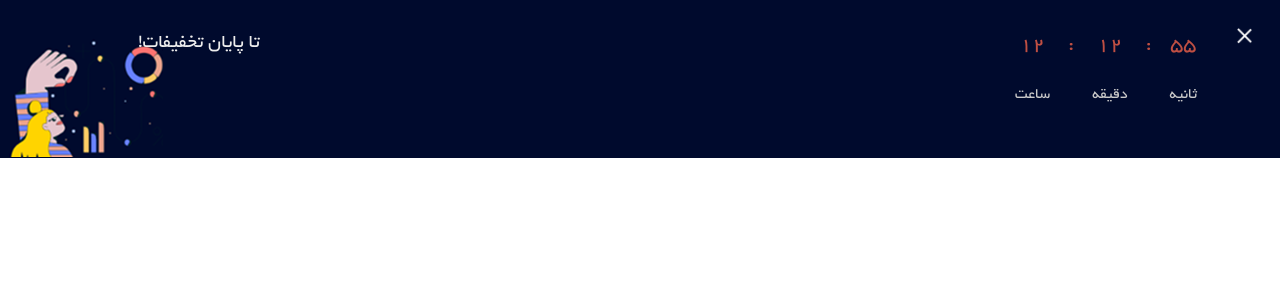
Repository: sinafath/fradars
Page: /
These files come from the project's save history. The page is drawn as it stood at one moment and after the next save; the edit follows.
The browser window is 1280 px wide. The pictures show the whole page.
The project was rebuilt for these pictures with package versions that can differ from the ones it lists, and the page was loaded fresh each time. The framework's server and built-in components were replaced by stand-ins that run in the browser. Also part of the build but not shown: next.config.ts.

Above is the page before, as saved 2025-09-21 18:08:51.

After the next save:
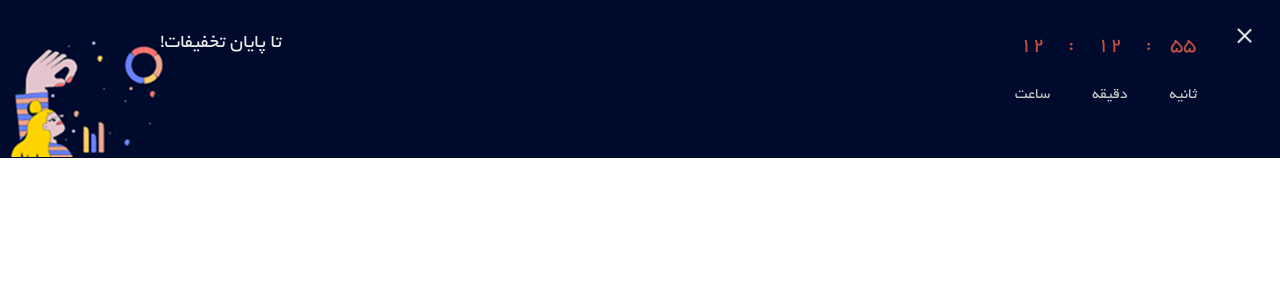
Saved 99 s later.
--- a/src/app/page.tsx
+++ b/src/app/page.tsx
@@ -38,7 +38,7 @@
           </Column >
 
         </Row>
-        <p className=" absolute top-[29px] end-[138px] text-[#EDEDED] text-[20px]">تا پایان تخفیفات!</p>
+        <p className=" absolute top-[29px] end-[160px] text-[#EDEDED] text-[20px]">تا پایان تخفیفات!</p>
       </div>
     </div>
   );
